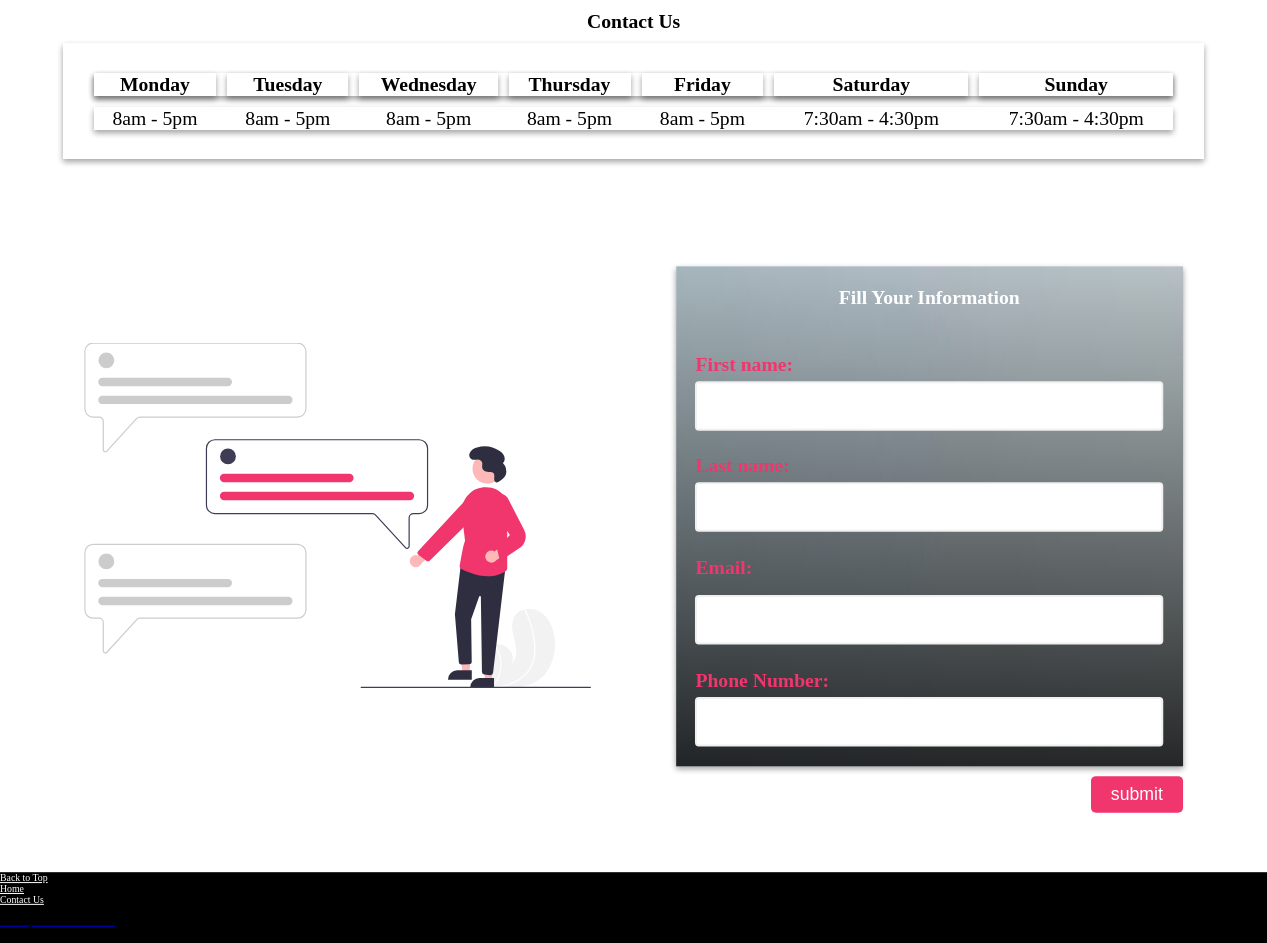
Repository: CAMPSLOPY/marcos-mochas
Page: HTML/contact.html
These files come from the project's save history. The page is drawn as it stood at one moment and after the next save; the edit follows.
The browser window is 1280 px wide. The pictures show the whole page, at 99% of full size.

Above is the page before, as saved 2021-07-02 21:13:17.

After the next save:
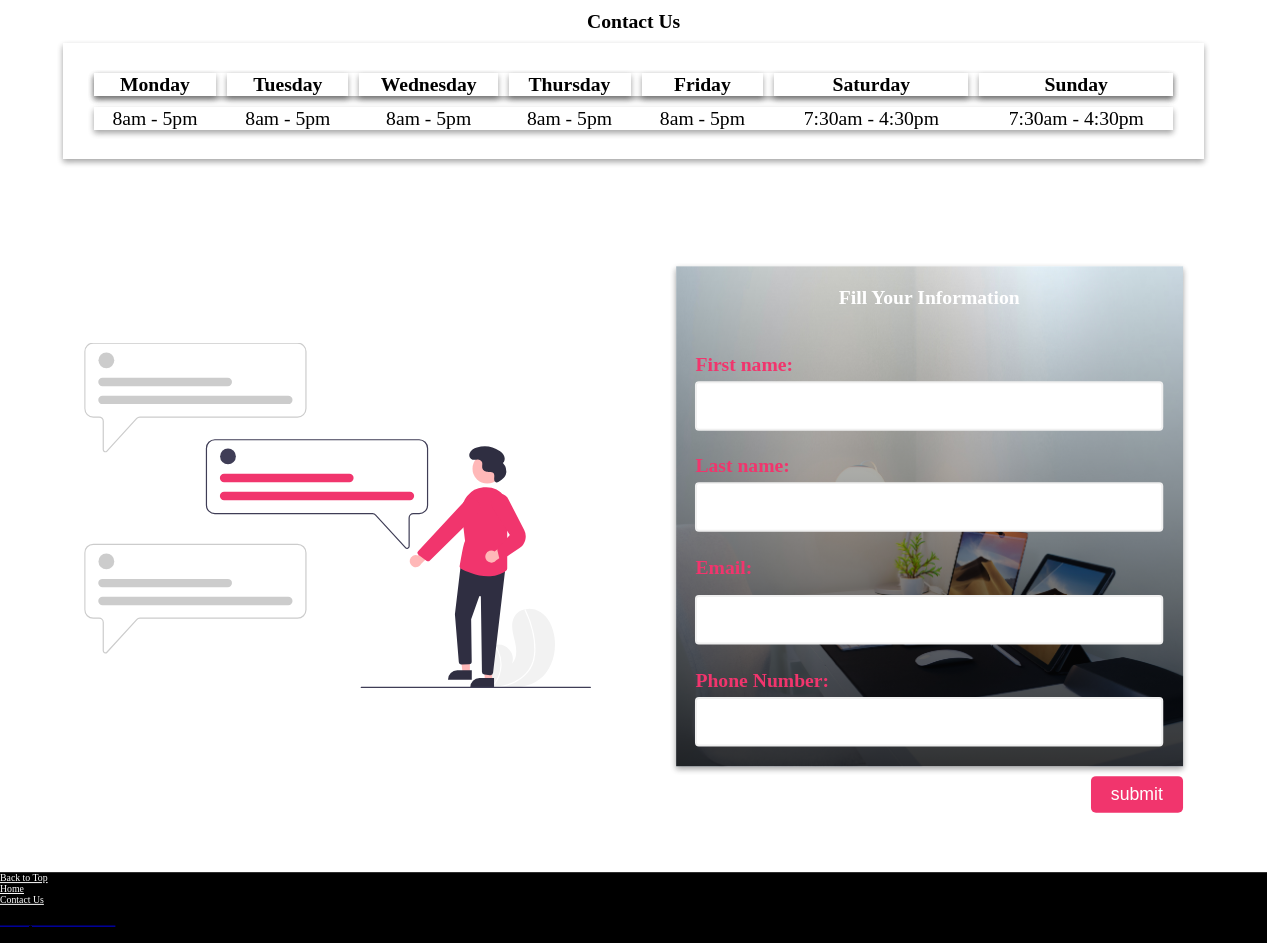
Saved 6 s later.
--- a/CSS/contact.css
+++ b/CSS/contact.css
@@ -76,6 +76,9 @@ table tr,th {
   position: relative;
  background: linear-gradient(to top, rgba(0, 0, 0, 0.8), transparent),
  url('/pexels-elvis-2528118.jpeg');
+ background-position: center;
+  background-repeat: no-repeat;
+  background-size: cover;
   box-shadow: 0 3px 6px rgba(0,0,0,0.16), 0 3px 6px rgba(0,0,0,0.23);
 }
 .contact-form h2 {
